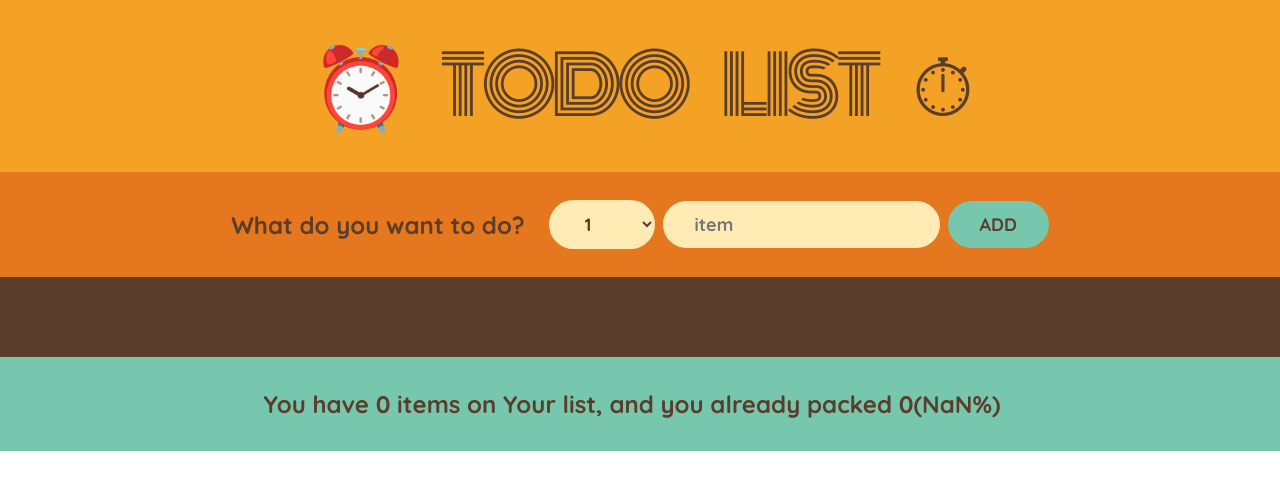
Repository: noemiepham/travel-list-react
Page: /
An editor plug-in stored every save of this project. The page is shown before and after the next save, followed by the edit.
The browser window is 1280 px wide. The pictures show the whole page.
The project was rebuilt for these pictures with package versions that can differ from the ones it lists, and the page was loaded fresh each time.

Above is the page before, as saved 2023-12-10 08:40:18.

After the next save:
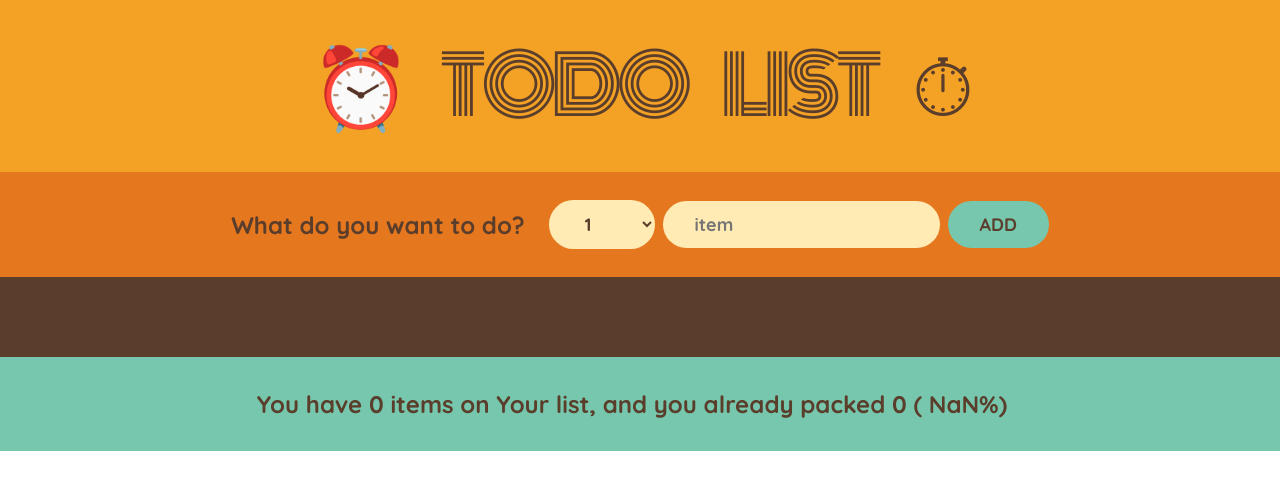
Saved 32 s later.
--- a/src/App.js
+++ b/src/App.js
@@ -118,7 +118,7 @@ function Stats({ items }) {
       <h3>
         {" "}
         You have {numItems} items on Your list, and you already packed{" "}
-        {numPacked}({percent}%)
+        {numPacked} ( {percent}%)
       </h3>
     </div>
   );
